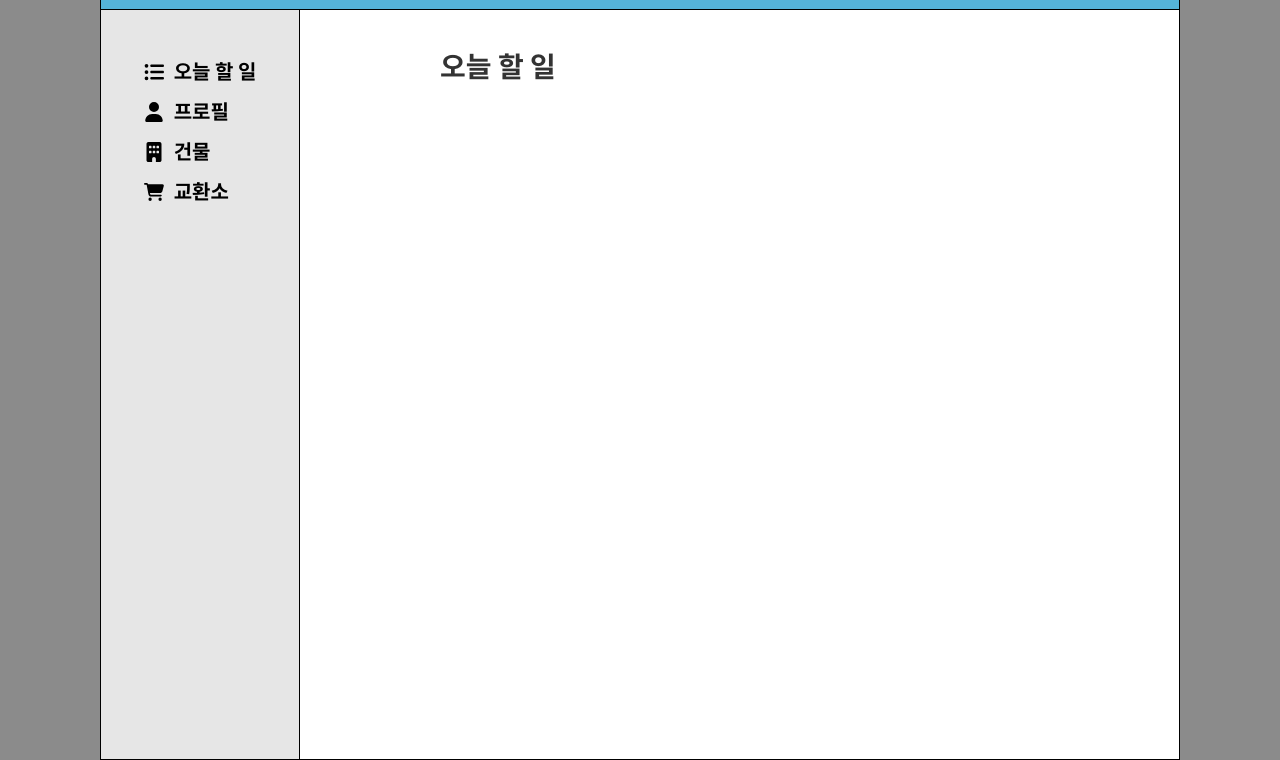
Repository: sunoo-lee/toVillage-old
Page: /
These files come from the project's save history. The page is drawn as it stood at one moment and after a run of saves; the edit follows.
The browser window is 1280 px wide. The pictures show the whole page.
The project was rebuilt for these pictures with package versions that can differ from the ones it lists, and the page was loaded fresh each time. Also part of the build but not shown: src/routes/Auth.js, src/routes/Profile.js, src/routes/Building.js, src/routes/Trade.js.

Above is the page before, as saved 2022-10-13 02:01:21.

### src/components/App.js
import React, { useState } from "react";
import AppRouter from "./Router";

function App() {
  const [isLoggedIn, setIsLoggedIn] = useState(true);
  const onClick = () => {
    setIsLoggedIn(!isLoggedIn);
  };
  return (
    <>
      <AppRouter onClick={onClick} isLoggedIn={isLoggedIn} />
    </>
  );
}

export default App;

### src/style.css
@import url("https://fonts.googleapis.com/css2?family=Noto+Sans+KR:wght@400;500;700&display=swap");

* {
  box-sizing: border-box;
}

html,
body {
  padding: 0;
  margin: 0;
  font-family: "Noto Sans KR", -apple-system, BlinkMacSystemFont, Segoe UI,
    Roboto, Oxygen, Ubuntu, Cantarell, Fira Sans, Droid Sans, Helvetica Neue,
    sans-serif;
}

body {
  display: flex;
  justify-content: center;
  align-items: center;
  height: 800px;
  width: 1080px;
  margin: auto;
  height: 100vh;
  background-color: #9dbac7;
  background-color: #8b8b8b;
}

.container {
  border: 1px solid black;
  background-color: aliceblue;
  background-color: #ffffff;
  min-width: 600px;
  width: 1080px;
  height: 800px;
  padding-left: 200px;
  padding-top: 50px;
  display: flex;
  justify-content: center;
}

### src/components/Router.js
import { HashRouter as Router, Routes, Route } from "react-router-dom";
import Auth from "../routes/Auth";
import Home from "../routes/Home";
import Profile from "../routes/Profile";
import Building from "../routes/Building";
import Trade from "../routes/Trade";
import Header from "./Header";
import Navigation from "./Navigation";

const AppRouter = ({ onClick, isLoggedIn }) => {
  return (
    <Router>
      {isLoggedIn}
      <Header />
      <Navigation onClick={onClick} />
      <Routes>
        {isLoggedIn ? (
          <>
            <Route
              exact
              path="/"
              element={<Home onClick={onClick} isLoggedIn={isLoggedIn} />}
            />
            <Route path="/profile" element={<Profile />} />
            <Route path="/building" element={<Building />} />
            <Route path="/trade" element={<Trade />} />
          </>
        ) : (
          <>
            <Route exact path="/" element={<Auth />} />
          </>
        )}
      </Routes>
    </Router>
  );
};

export default AppRouter;

### src/routes/Home.js
import React from "react";
import Main from "../components/Main";

const Home = () => {
  return (
    <>
      <div className={"container"}>
        <Main />
      </div>
    </>
  );
};

export default Home;

### src/components/Header.js
import { React } from "react";
import styles from "./Header.module.css";
import { FontAwesomeIcon } from "@fortawesome/react-fontawesome";
import { faBars, faUser } from "@fortawesome/free-solid-svg-icons";
// import MiniProfile from "./MiniProfile";

const Header = () => (
  <header id={styles.header}>
    <div className={styles.container}>
      <div className={styles.header_left}>
        <button className={styles.toggle_btn}>
          <FontAwesomeIcon icon={faBars} />
        </button>
      </div>
      <div className={styles.header_center}>
        {/* {new Date().getFullYear()}/{new Date().getMonth() + 1}/
      {new Date().getDate()} */}
      </div>
      <div className={styles.header_right}>
        <button>
          <FontAwesomeIcon icon={faUser} />
        </button>
        {/* <MiniProfile /> */}
      </div>
    </div>
  </header>
);

export default Header;

### src/components/Navigation.js
import { React } from "react";
import { Link } from "react-router-dom";
// import MiniProfile from "./MiniProfile";
import styles from "./Navigation.module.css";
import { FontAwesomeIcon } from "@fortawesome/react-fontawesome";
import {
  faUser,
  faBuilding,
  faCartShopping,
  faListUl,
} from "@fortawesome/free-solid-svg-icons";

const Navigation = () => (
  <nav id={styles.nav}>
    {/* <MiniProfile /> */}
    <div className={styles.container}>
      <ul>
        <li>
          <Link to="/">
            <FontAwesomeIcon icon={faListUl} />
            <span>오늘 할 일</span>
          </Link>
        </li>
        <li>
          <Link to="/profile">
            <FontAwesomeIcon icon={faUser} />
            <span>프로필</span>
          </Link>
        </li>
        <li>
          <Link to="/building">
            <FontAwesomeIcon icon={faBuilding} />
            <span>건물</span>
          </Link>
        </li>
        <li>
          <Link to="/trade">
            <FontAwesomeIcon icon={faCartShopping} />
            <span>교환소</span>
          </Link>
        </li>
      </ul>
      {/* <button onClick={onClick}>SIGN OUT</button> */}
    </div>
  </nav>
);

export default Navigation;

### src/components/Main.js
import React, { useState, useEffect } from "react";
import { FontAwesomeIcon } from "@fortawesome/react-fontawesome";
import { faTrash, faPencilAlt } from "@fortawesome/free-solid-svg-icons";
import styles from "./Main.module.css";

const Main = () => {
  return (
    <div className={styles.container}>
      <h1>
        <span className={styles.title}>오늘 할 일</span>
      </h1>
    </div>
  );
};

export default Main;

### src/components/Header.module.css
:root {
  --theme_color: #55b3d9;
}

#header {
  position: absolute;
  width: 1080px;
  z-index: 100;
}

.container {
  background-color: #bce5f5;
  background-color: var(--theme_color);
  width: 100%;
  height: 50px;
  display: flex;
  justify-content: space-between;
  align-items: center;
  padding: 0 40px;
  border: 1px solid black;
}
.header_left .toggle_btn {
  width: 30px;
  height: 30px;
  border: none;
  outline: none;
  border-radius: 50%;
  background-color: whitesmoke;
  background-color: transparent;
  color: #ffffff;
  cursor: pointer;
  font-size: 1.3rem;
}
.header_center {
  font-weight: 700;
  font-size: 1.4em;
}

.header_right button {
  width: 30px;
  height: 30px;
  border: none;
  outline: none;
  border-radius: 50%;
  background-color: whitesmoke;
  cursor: pointer;
  text-align: center;
  color: var(--theme_color);
}

### src/components/Navigation.module.css
#nav {
  width: 200px;
  height: 800px;
  position: absolute;
  z-index: 50;
  padding-top: 50px;
  background-color: #b6ee91;
  background-color: #e6e6e6;
  border: 1px solid black;
  display: flex;
  align-items: center;
  flex-direction: column;
  padding: 60px 10px 10px;
}

.container {
  position: relative;
  margin-top: 10px;
  width: 100%;
  height: 420px;
  /* background-color: #ffffff; */
  /* box-shadow: 0 35px 80px #00000015; */
  border-radius: 20px;
  padding: 20px;
  display: flex;
  flex-direction: column;
  align-items: center;
}
.container ul {
  text-align: left;
}
.container ul li a {
  font-size: 20px;
  color: #696969;
  color: #000000;
  font-weight: 700;
  line-height: 40px;
  text-decoration: none;
}
.container ul li a svg {
  width: 20px;
  margin-right: 10px;
}

.container button {
  position: absolute;
  bottom: 20px;
  padding: 7px 10px;
  border-radius: 5px;
  border: none;
  outline: none;
  font-size: 1em;
  font-weight: 700;
  background-color: #58a8eb;
  color: #ffffff;
  cursor: pointer;
}

### src/components/Main.module.css
:root {
  --theme_color: #55b3d9;
}

.container {
  margin-top: 40px;
  width: 600px;
}

.container h1 {
  margin-bottom: 20px;
}

.title {
  font-size: 28px;
  font-weight: 700;
  color: #333333;
}

.list {
  width: 600px;
  /* margin: 20px 0; */
}

.list .item {
  background-color: #ffffff;
  padding: 5px 0;
  line-height: 28px;
  display: flex;
  align-items: center;
  justify-content: space-between;
  border-bottom: 1px solid #c7c7c7;
}

.list .item:first-child {
  border-top: 1px solid #c7c7c7;
}

.list .item input[type="checkbox"] {
  width: 20px;
  height: 20px;
  border-radius: 50px;
  border: 1px solid #999999;
  appearance: none;
  margin-right: 10px;
}

.list .item input[type="checkbox"]:checked {
  background: var(--theme_color);
  border: none;
}
.list .item div {
  margin: auto 0;
  display: flex;
}
.list .item div button {
  border-radius: 50%;
  border: none;
  margin: auto 3px;
  height: 24px;
  width: 24px;
  box-shadow: 0 0 3px 0 #00000088;
  background-color: #ffffff;
  color: #333333;
}

.add_form {
  position: relative;
}

.add_form .list_input {
  margin: 5px 0;
  width: 600px;
  font-size: 16px;
  padding: 7px 15px;
  border: 1px solid #c7c7c7;
  border-radius: 5px;
}

.add_form .list_input:focus {
  outline: none;
  border: 1px solid var(--theme_color);
}

.add_form .add_btn {
  display: block;
  position: absolute;
  right: 0;
  font-size: 14px;
  background-color: var(--theme_color);
  border: 1px solid var(--theme_color);
  /* border: none; */
  border-radius: 5px;
  padding: 5px 10px;
  color: #ffffff;
  font-weight: 700;
  cursor: pointer;
}

### src/components/Todo.js
import React from "react";
import { FontAwesomeIcon } from "@fortawesome/react-fontawesome";
import { faTrash, faPencilAlt } from "@fortawesome/free-solid-svg-icons";
import styles from "./Main.module.css";

const Todo = (item, index, toggleEditing, onDelete) => {
  return (
    <li className={styles.item} key={index}>
      <div>
        <input type="checkbox" />
        <span>{item}</span>
      </div>
      <div>
        <button onClick={toggleEditing}>
          <FontAwesomeIcon icon={faPencilAlt} />
        </button>
        <button onClick={onDelete}>
          <FontAwesomeIcon icon={faTrash} />
        </button>
      </div>
    </li>
  );
};

export default Todo;

Loaded but not shown: public/index.html (common file); src/index.js (common file); src/reset.css (common file)

After the next 2 saves:
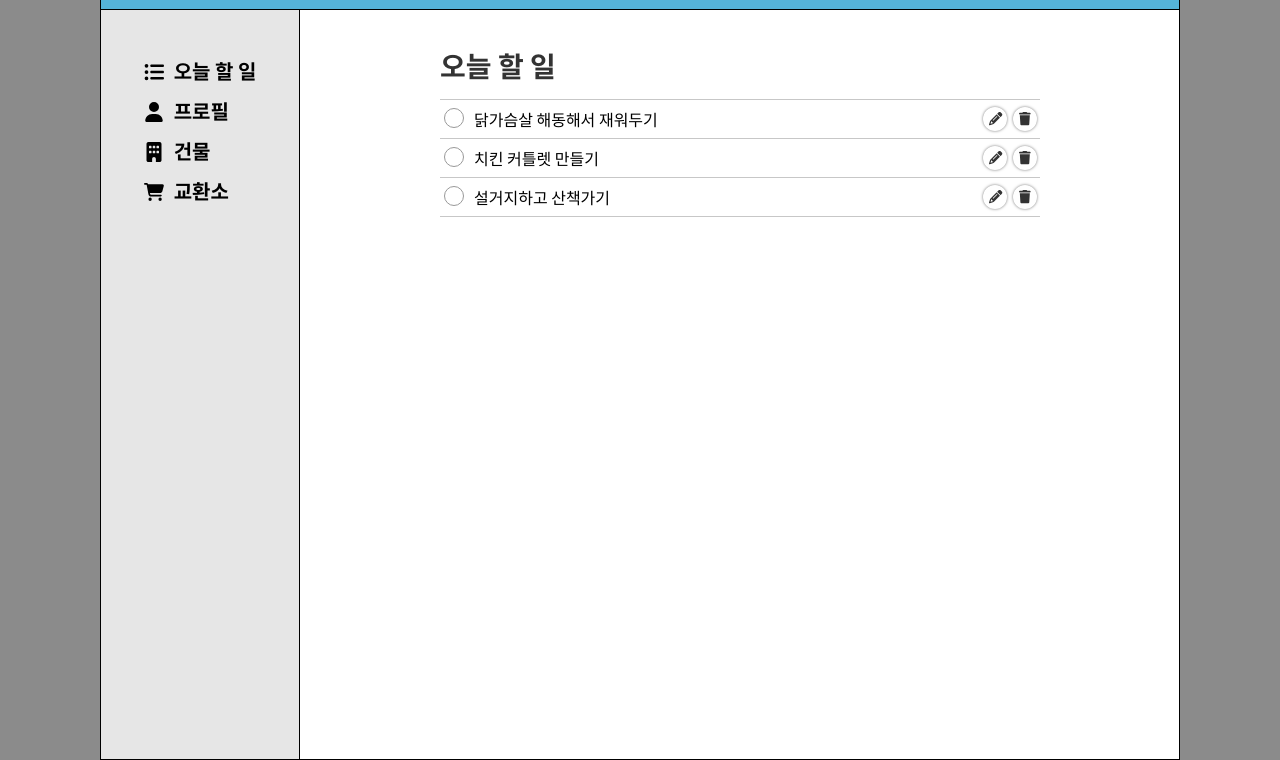
The 2 saves are shown as one change because 1 did not build or start.
The last was saved 67 s later.
--- a/src/components/Main.js
+++ b/src/components/Main.js
@@ -2,13 +2,54 @@ import React, { useState, useEffect } from "react";
 import { FontAwesomeIcon } from "@fortawesome/react-fontawesome";
 import { faTrash, faPencilAlt } from "@fortawesome/free-solid-svg-icons";
 import styles from "./Main.module.css";
+import Todo from "./Todo";
 
 const Main = () => {
+  const [toDo, setToDo] = useState("");
+  const [toDos, setToDos] = useState([]);
+
+  useEffect(() => {
+    const item = localStorage.getItem("list");
+    if (item) {
+      setToDos(item);
+    } else
+      setToDos([
+        "닭가슴살 해동해서 재워두기",
+        "치킨 커틀렛 만들기",
+        "설거지하고 산책가기",
+      ]);
+  }, []);
+  const onChange = (event) => setToDo(event.target.value);
+  const onSubmit = async (event) => {
+    event.preventDefault();
+    if (toDo === "") {
+      return;
+    }
+    await setToDos((currentArray) => [...currentArray, toDo]);
+    await console.log(toDos);
+    setToDo("");
+  };
+  const onDelete = (event) => {
+    const li = event.target.parentElement;
+    console.dir(event.target.parentElement);
+    li.remove();
+  };
+  const toggleEditing = (event) => console.log(event);
   return (
     <div className={styles.container}>
       <h1>
         <span className={styles.title}>오늘 할 일</span>
       </h1>
+      <ul className={styles.list}>
+        {toDos.map((item, index) => (
+          <Todo
+            item={item}
+            key={index}
+            toggleEditing={toggleEditing}
+            onDelete={onDelete}
+          />
+        ))}
+      </ul>
     </div>
   );
 };
--- a/src/components/Todo.js
+++ b/src/components/Todo.js
@@ -3,7 +3,7 @@ import { FontAwesomeIcon } from "@fortawesome/react-fontawesome";
 import { faTrash, faPencilAlt } from "@fortawesome/free-solid-svg-icons";
 import styles from "./Main.module.css";
 
-const Todo = (item, index, toggleEditing, onDelete) => {
+const Todo = ({ item, index, toggleEditing, onDelete }) => {
   return (
     <li className={styles.item} key={index}>
       <div>
